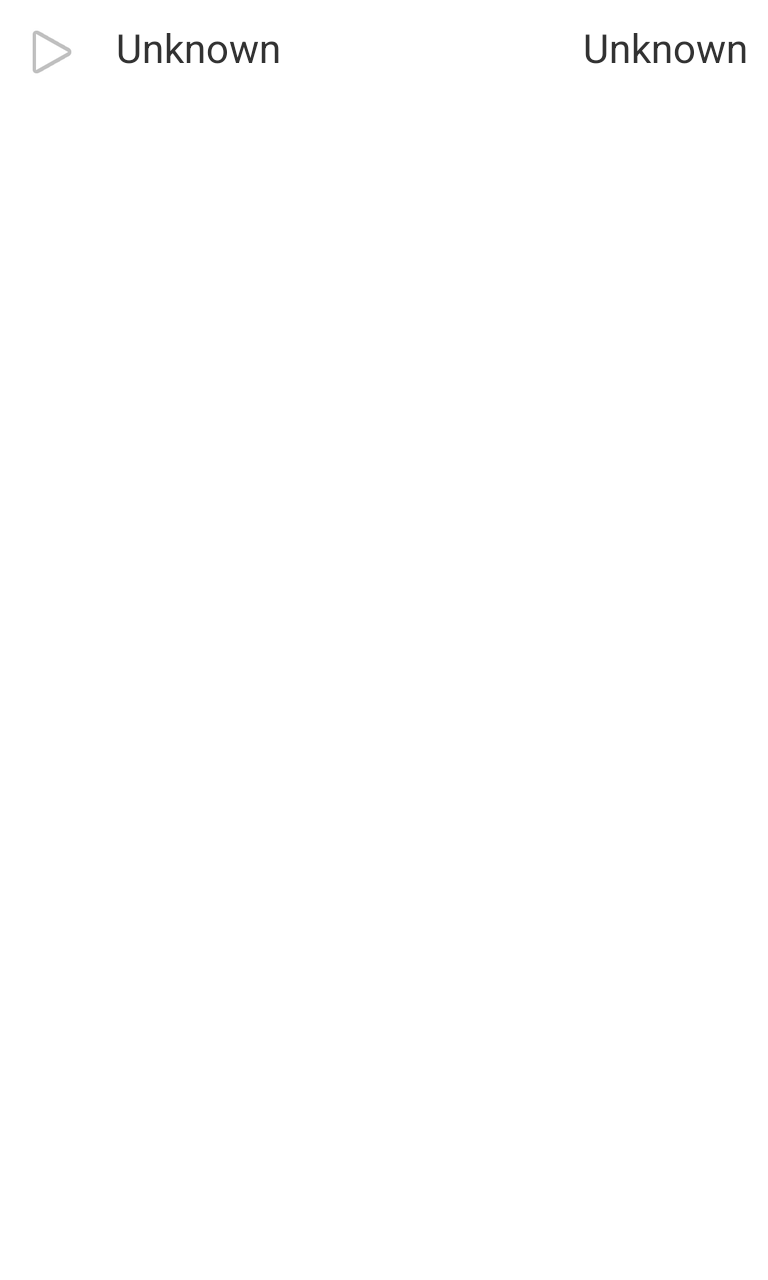
Repository: finerrecliner/SmartVent
Layout: SmartVent/res/layout/quick_room.xml
The author's editor kept a copy of each file at every save. The layout is drawn from the files as they stood at one save, then again after the next save.
It is drawn on a 768 x 1280 px phone screen (xhdpi) without system bars, with theme AppTheme; the app's code is not run.

Above is the layout before, as saved 2013-11-03 18:19:18.

### SmartVent/res/layout/quick_room.xml
<LinearLayout xmlns:android="http://schemas.android.com/apk/res/android"
    xmlns:tools="http://schemas.android.com/tools"
    android:id="@+id/quick_room"
    android:layout_width="wrap_content"
    android:layout_height="match_parent"
    android:gravity="fill_horizontal"
    android:orientation="horizontal"
    android:paddingBottom="10dp"
    android:paddingTop="10dp"
    tools:context=".MainActivity" >

    <ImageView
        android:id="@+id/icon"
        android:layout_width="wrap_content"
        android:layout_height="wrap_content"
        android:layout_marginRight="6dip"
        android:contentDescription="@string/unknown"
        android:paddingLeft="10dp"
        android:paddingRight="10dp"
        android:src="@android:drawable/ic_media_play" />

	<TextView
	    android:id="@+id/quick_room_name"
	    android:layout_width="wrap_content"
	    android:layout_height="wrap_content"
	    android:text="@string/unknown"
	    android:textSize="20sp" />

	<TextView
	    android:id="@+id/quick_current_temp"
	    android:layout_width="0dp"
	    android:layout_height="wrap_content"
	    android:layout_weight="1"
	    android:gravity="right"
	    android:paddingRight="10dp"
	    android:text="@string/unknown"
	    android:textSize="20sp" />

</LinearLayout>

### SmartVent/res/values/strings.xml
<?xml version="1.0" encoding="utf-8"?>
<resources>

    <string name="app_name">SmartVent</string>
    <string name="menu_settings">Settings</string>
    <string name="current_temp">Current Temp:</string>
    <string name="room_label">Room:</string>
    <string name="set_temperature">set to:</string>
    <string name="unknown">Unknown</string>
    <string name="up">Up</string>
    <string name="down">Down</string>
    <string name="room">room</string>
    <string name="home_blueprint">home blueprint</string>

</resources>

Loaded but not shown: SmartVent/res/values/styles.xml (common file); SmartVent/res/values-v11/styles.xml (common file); SmartVent/res/values-v14/styles.xml (common file)

After the next save:
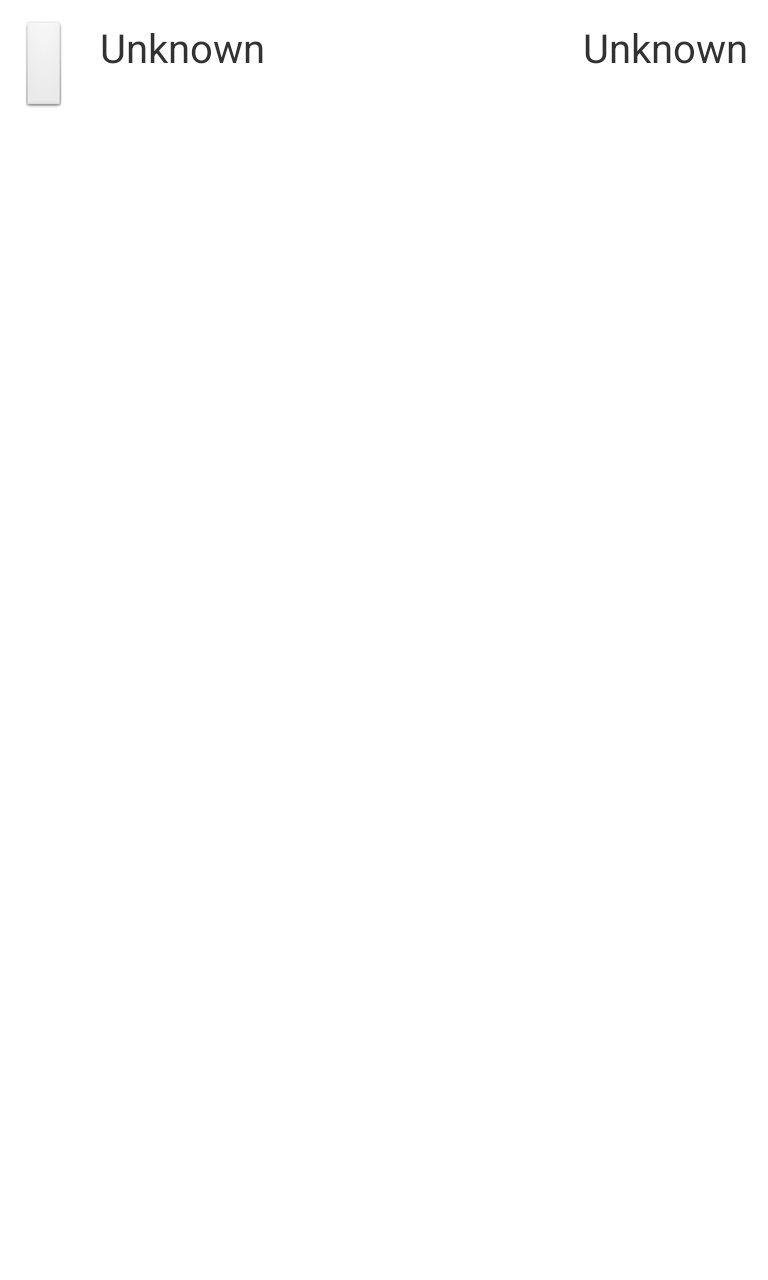
Saved 4 min 28 s later.
--- a/SmartVent/res/layout/quick_room.xml
+++ b/SmartVent/res/layout/quick_room.xml
@@ -17,7 +17,7 @@
         android:contentDescription="@string/unknown"
         android:paddingLeft="10dp"
         android:paddingRight="10dp"
-        android:src="@android:drawable/ic_media_play" />
+        android:src="@android:drawable/btn_default" />
 
 	<TextView
 	    android:id="@+id/quick_room_name"
